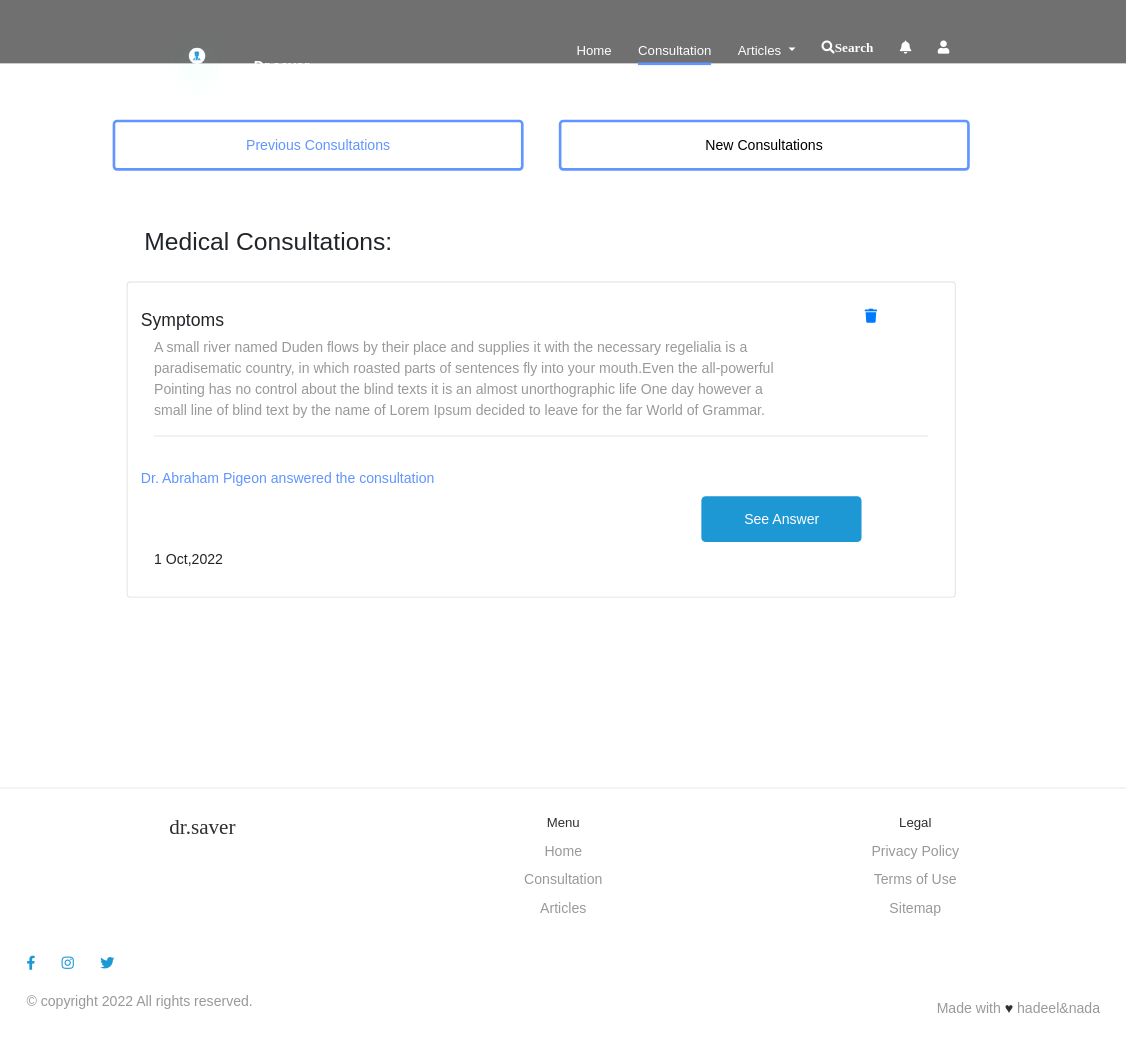
Repository: nsra/hadeel_doctor_system
Page: patient/PrivConsultation.html
These files come from the project's save history. The page is drawn as it stood at one moment and after a run of saves; the edit follows.
The browser window is 1280 px wide. The page is 1295 px wide, so the pictures cover 1295 px, including what lies to the right of the window. The pictures show the whole page, at 88% of full size.
Some web fonts or font styles are not loaded; a fallback is used. Some web libraries are served in a nearby version.

Above is the page before, as saved 2022-03-29 17:07:47.

### patient/PrivConsultation.html
<!DOCTYPE html>
<html lang="en">
<head>
    <meta charset="UTF-8">
    <meta http-equiv="content-type" content="text/html; charset=UTF-8">
    <title>DrSaver</title>
    <link rel="shortcut icon" href="../assets/img/doctor.png" type="image/x-icon">
    <link rel="stylesheet" href="https://maxcdn.bootstrapcdn.com/bootstrap/4.0.0/css/bootstrap.min.css" integrity="sha384-Gn5384xqQ1aoWXA+058RXPxPg6fy4IWvTNh0E263XmFcJlSAwiGgFAW/dAiS6JXm" crossorigin="anonymous">
    <link rel="stylesheet" href="https://pro.fontawesome.com/releases/v5.10.0/css/all.css" integrity="sha384-AYmEC3Yw5cVb3ZcuHtOA93w35dYTsvhLPVnYs9eStHfGJvOvKxVfELGroGkvsg+p" crossorigin="anonymous"/>
    <link rel="stylesheet" href="../assets/css/style.css" type="text/css">
    <link rel="preconnect" href="https://fonts.gstatic.com">
    <link href="https://fonts.googleapis.com/css2?family=Tajawal:wght@700&display=swap" rel="stylesheet">
    <meta name="viewport" content="width=device-width, initial-scale=1, shrink-to-fit=no">
</head>
<body>

    <!--header-->
    <div class="header" style=" background-color: #707070;">
         <div class="container" >
<div class="header-content">
    <div class="logo">
        <img src=" ../assets/img/l2.png"  alt="logo image" draggable="false">
        <b>Dr.saver</b>
     </div>
       <ul class="nav">
         <li><a href="#" >Home</a></li>
         <li><a href="#"class="active" >Consultation</a></li>
           <li class="nav-item dropdown">
            <a class="nav-link dropdown-toggle" href="#" id="navbarDropdown" role="button" data-toggle="dropdown" aria-haspopup="true" aria-expanded="false">
                Articles
            </a>
            <div class="dropdown-menu" aria-labelledby="navbarDropdown">
              <a class="dropdown-item" href="#">Action</a>
              <a class="dropdown-item" href="#">Another action</a>
              <div class="dropdown-divider"></div>
              <a class="dropdown-item" href="#">Something else here</a>
            </div>
          </li>
         <li><a href="#"class="icon fa fa-search fa-2x" >Search</a></li>

 <li><a href="#"class="icon fa fa-bell" >  </a></li>
          <li><a href="#"class="icon fa fa-user fa-2x" > </a></li>



     </ul>
     <div class="clear"></div>
</div>
  </div>
    </div>


    <div class="section-header">
      <div class="row but" >
     <button style="width: 40%; background-color: #fff;color: #6195ff; border: #6195ff solid;"> Previous Consultations</button>
     <button style="width: 40%; background-color: #fff; color: #000;border: #6195ff solid;margin-left: 40px;"> New Consultations</button> </div>
    </div>


   <div class="container">
                 <h3 class="blog-info">Medical Consultations:</h3>
                 <div class="card">
                    <div class="card-content"style="margin: 30px;">
                        <div class="row" >
                         <h5>Symptoms</h5>
                         <a href="" class="fa fa-trash " style="margin-left: 80%;"></a>
                        </div>

              <p class="blog-desc" style="width: 80%;">A small river named Duden flows by their place and supplies it with the necessary regelialia is a paradisematic country, in which roasted parts of sentences fly into your mouth.Even the all-powerful Pointing has no control about the blind texts it is an almost unorthographic
                   life One day however a small line of blind text by the name of Lorem Ipsum decided to leave for the far World of Grammar.</p>
                  <hr>
                   <div class="row" >
                   <a href="#" class="blog-link" style="margin-top: 20px;">Dr. Abraham Pigeon answered the consultation</a>
                   <button class="" style="margin-left:70%; width: 20%;"  > See Answer</button>

                </div>

                    <span > 1 Oct,2022</span>


              </div>
            </div>
            </div>




<div class="left-sidebar-hover"></div>


  <div class="about pd-y"></div>

    <!--footer section-->
<footer class="footer">

    <div class="footer__addr">
      <h1 class="footer__logo">Dr.saver</h1>


    </div>

    <ul class="footer__nav">
      <li class="nav__item">
        <h2 class="nav__title">Menu</h2>

        <ul class="nav__ul">
          <li>
            <a href="#">Home</a>
          </li>

          <li>
            <a href="#">Consultation</a>
          </li>

          <li>
            <a href="#">Articles</a>
          </li>
        </ul>
      </li>

      <li class="nav__item">
        <h2 class="nav__title">Legal</h2>

        <ul class="nav__ul">
          <li>
            <a href="#">Privacy Policy</a>
          </li>

          <li>
            <a href="#">Terms of Use</a>
          </li>

          <li>
            <a href="#">Sitemap</a>
          </li>
        </ul>
      </li>
    </ul>
    <div class="row">

        <div class="  col-lg-5 ">

            <div class="row float-left">
                <div class="socialItem">
                    <i class="fab fa-facebook-f"></i>
                </div>
                <div class="socialItem">
                    <i class="fab fa-instagram"></i>
                </div>
                <div class="socialItem">
                    <i class="fab fa-twitter"></i>
                </div>


            </div>
        </div>
    </div>
    <div class="legal">
      <p> &copy; copyright 2022 All rights reserved.</p>

      <div class="legal__links">
        <span>Made with <span class="heart">♥</span> hadeel&nada</span>
      </div>

    </div>
  </footer>
</body>
</html>

### assets/css/style.css
 /*common*/


.overlay{
    position:absolute;
    width:  100%;
    height: 100%;
    top: 0;
    left: 0;
    background-color: rgba(3, 3, 3, 0.7);
}
.hover-opacity{
    transition: opacity .5s;
}
.hover-opacity:hover{
opacity: 0.8;
}

/*general css*/
:root{
    --maincolor:#6195ff;
}
*{
    margin: 0;
    padding: 0;
    box-sizing: border-box;
}
ul{
    list-style: none;
}
.container{
    width: 80%;

    margin: auto;/*elment in the center*/
}
body{
    font-family: 'Varela Round', sans-serif;
}
.clear{
    clear: both;
}
h1,h2,h3,h4,h5,h6{
    font-family: montserrat,sans-serif;
}
button{
    font-family: inherit;
}
a{
    text-decoration: none;
}
.pd-y{
    padding: 100px 0;
}
.section-header{
    text-align: center;
    margin-bottom: 20px;
}
.section-header .section-title{
    font-size: 35px;
    text-transform: capitalize;
    margin-bottom: 10px;
}
.section-header .line{
display: block;
height: 5px;
width: 60px;
margin: 0 auto 70px auto;
background-color: var(--maincolor);
}

.ltr-effect,.tb-effect{
    position: relative;
}
.ltr-effect::after,.tb-effect::after{
position: absolute;
content: "";
top: 0;
right: 0;
left: 0;
bottom: 0;
background: #333;
z-index:-1 ;

}
.ltr-effect:hover::after{
width: 100%;
}
.ltr-effect::after{
    width: 0;
    transition: width 0.5s;
}
.tb-effect::after{
 height: 0;
 transition: height 0.5s;

}
.tb-effect:hover::after{
height: 100%;
}
/* header*/
.header{
    position:fixed;
    width: 100%;
    z-index: 15;
    height: 10%;
  }

 b{
     color: #ffff;

 }
.header .logo{
    width: 50%;
  float: left;
 }
.header .logo img{
    width: 120px;
    margin-left: 20px;
   }
.header .nav{
    width: 50%;
     float: left;
    list-style: none;
    text-align: right;
}
.header .nav > li{
    display: inline-block;

    text-align: right;
}
.header .nav > li > a{
    color: #fff;
    font-size: 15px;

    display: block;
    padding: 30px 15px;
}

.header .nav > li > a.active:after{
content: "";
display: block;
margin-top: 2px;
height: 3px;
background-color: #6195ff;
transition: width 0.5s;

}
.header .nav > li > a.active:after{
    width: 100%;
}

.header .nav > li > a:after{
width: 0;
}
.header .nav > li > a:hover::after{
    width: 100%;
    }
    .dropdown{
        position: relative;
    }
    .dropdown-menu{
        position: absolute;
        background: #6195ff;
        width: 150px;
        text-align: right;
        left: -50%;
        top: 70%;
        opacity: 0;
        visibility: hidden;
        transition: opacity 0.5s;
    }
    .dropdown-menu a{
        color:#fff;
        display: block;
        padding: 10px;

    }
    .dropdown:hover .dropdown-menu{
        opacity: 1;
        visibility:visible;
    }
/*Home section*/
.home{
    height: 100vh;
    background-image: url(../img/background.png);
    background-size: cover;
    position: relative;
}
.home-content{
    position: absolute;
    width: 65%;
    top: 50%;
    left: 50%;
    transform: translate(-50%,-50%);
    text-align: left;
}
.home .title{

margin: 20px 0;
color: var(--maincolor);
letter-spacing: 2px;
line-height: 1.5;
}
.home .home-desc{
    color: #fff;
    font-size: 3.5rem;
    text-transform: uppercase;
}
.home .btn{
    max-width: 150px;
    padding: 15px 0;
    border-radius: 5px;
    border: 0;
    cursor: pointer;
    font-size: 18px;
}

.home .btn-learn{
    background-color: #6195ff;
    color:#fff;

}

nav{
    font-size: 18px;
}
.navbar-light .navbar-brand{
    font-size: 32px;
 }

.navbar-light .navbar-nav .nav-link{
    color: black;
}

 #cplue{
     color:#1E97D5 ;
 }
 .bplue{
background-color: #dce0e4;
 color: #1E97D5;
 }
 .fleft{
     position: relative;
     margin-top: 11%;
    margin-right: 20%;
 }
 .fright{
     position:absolute;
     right:25%;
     top: 20%;
 }
 .pcol{
     color: rgb(189, 185, 185);
     font-size: small;
 }

/*About section*/

.about-content{
    overflow: hidden;
}
.about-item{
     width: 30%;
    float: left;
text-align: center;
border: 1px solid #e8e8e8;
padding: 50px 20px;
}

.about-item.mg{
    margin: 0 5%;
}
.about-item:hover .about-item-title{
    color: #fff;
}
.about-item .icon{
    color: #6195ff;
    margin-bottom: 10px;
}
.about-item-title{
    text-transform: capitalize;
    margin-bottom: 10px;
    transition: color 0.5s;
}
.about-item-desc{
    line-height: 1.6;
    margin-bottom: 10px;
    color:#999 ;
}
.about-item-link{
color: #6195ff;
text-transform: capitalize;
}

/*number section*/
.numbers{
    position: relative;
    background-image: url(../img/background.png);
    background-size: cover;
    background-attachment: fixed;
    height: 300px;
}
.numbers-item{
    overflow: hidden;

}
.number-item{
width: 25%;
float: left;
text-align: center;
}
.number-item .icon{
    color: #6195ff;
    margin-bottom: 15px;
}
.number-item-title{
    font-weight: bold;
    font-size: 30px;
    color: #fff;

}
.number-item-text{
    color: #fff;
}

/*Blog page*/
.blog{
    background: #f9f9f9;
}

.blog-content{
    overflow: hidden;
}
.blog-item{
    width: 30%;
    float: left;
    background: #fff;
}
.blog-item-img img{
width: 100%;
}

.blog-info{
    padding: 20px;
}

.blog-list{
    list-style: none;
    margin: 20px 0;
}
.blog-list li{
    display: inline-block;
    margin: 0 5px;
}

.blog-list li i{
    color: #6195ff;
}
.blog-title{
    font-weight: bold;
    margin: 20px 0;
}
.blog-desc{
    color: #999;
    margin-bottom: 10px;
    line-height: 1.5;
 }
.blog-link{
    color: #6195ff;
}
.blog-item.mg{
    margin: 0 5%;
}

/*contact section*/

/*footer section*/
.footer{
    background: #1c1d23;
    text-align: center;
    padding: 60px 0;
}
.footer-links{
    list-style: none;
    margin: 20px 0;
}
.footer-links li{
    display: inline-block;

}
.footer-links li a{
    display: block;
    width: 50px;
    height: 50px;
    background: #6195ff;
    color: #fff;
    margin: 0 5px;
    border-radius: 50%;
}
.footer-links li a i{
    line-height: 50px;
}

.footer .copyright{
    color: #999;
    font-size: 15px;
    text-transform: uppercase;
}

 /********login******/


  /* Full-width inputs */
  input[type=text], input[type=password] ,input[type=email],input[type=number],input[type=date],input[type=submit]{
    width: 100%;
    padding: 12px 20px;
    margin: 10px 0 ;

    display:flex;
    border: none;
    border-bottom: 1px solid #ccc;

  }

  /* Set a style for all buttons */
  button {
    background-color: #1E97D5;
    color: white;
    padding: 14px 20px;
    margin: 8px 0;
    border: none;
    cursor: pointer;
    width: 40%;

    border-radius: 5px;
  }
  .but{
    padding-top: 10%;
  margin-left: 10%;

    align-items: center;
  }
  /* Add a hover effect for buttons */
  button:hover {
    opacity: 0.8;
  }



  /* Add padding to containers */
  .container {
    padding: 16px;

  }

  .psw{
      margin-left: 60px;
  }
  .signbtn{
      color: #000;
      background-color: #fff;
      border: 1px solid #1E97D5;
  }
  .signbtn:hover{
    background-color: #1E97D5;
    opacity: 0.8;
  }
  .fname{
    position: relative;
  margin-right: 10%;
  }
  .lname {
    position: absolute;
    top: 20%;
    left: 50%;
  }

  /* Change styles for span and cancel button on extra small screens */
  @media screen and (max-width: 300px) {
    span.psw {
      display: block;
      float: none;
    }
    .cancelbtn {
      width: 100%;
    }
  }

.rate{
    margin: 10px;
    float: left;
    background: #eeeeee;
    border-radius: 30px;
}
.rate i{
    color: #ffdb00;
}

.footer {
    display: flex;
    flex-flow: row wrap;
    padding: 30px 30px 20px 30px;
    color: #2f2f2f;
    background-color: #fff;
    border-top: 1px solid #e5e5e5;
  }

  .footer > * {
    flex:  1 100%;
  }

  .footer__addr {
    margin-right: 1.25em;
    margin-bottom: 2em;
  }

  .footer__logo {
    font-family: 'Pacifico', cursive;
    font-weight: 400;
    text-transform: lowercase;
    font-size: 1.5rem;
  }

  .footer__addr h2 {
    margin-top: 1.3em;
    font-size: 15px;
    font-weight: 400;
  }

  .nav__title {
    font-weight: 400;
    font-size: 15px;
  }

  .footer address {
    font-style: normal;
    color: #999;
  }

  .footer__btn {
    display: flex;
    align-items: center;
    justify-content: center;
    height: 36px;
    max-width: max-content;
    background-color: rgb(33, 33, 33, 0.07);
    border-radius: 100px;
    color: #2f2f2f;
    line-height: 0;
    margin: 0.6em 0;
    font-size: 1rem;
    padding: 0 1.3em;
  }

  .footer ul {
    list-style: none;
    padding-left: 0;
  }

  .footer li {
    line-height: 2em;
  }

  .footer a {
    text-decoration: none;
  }

  .footer__nav {
    display: flex;
      flex-flow: row wrap;
  }

  .footer__nav > * {
    flex: 1 50%;
    margin-right: 1.25em;
  }

  .nav__ul a {
    color: #999;
  }

  .nav__ul--extra {
    column-count: 2;
    column-gap: 1.25em;
  }

  .legal {
    display: flex;
    flex-wrap: wrap;
    color: #999;
  }

  .legal__links {
    display: flex;
    align-items: center;
  }

.social{
    padding-top: 50px;
    margin-left: 700px;

}
.socialItem{
   color: #1E97D5;
    border-radius: 50%;
    line-height: 2;
    margin: 15px;
}
.socialItem:hover{
    background: #6db4e4;
    border:  2px white;

}
  .heart {
    color: #2f2f2f;
  }

  @media screen and (min-width: 24.375em) {
    .legal .legal__links {
      margin-left: auto;
    }
  }

  @media screen and (min-width: 40.375em) {
    .footer__nav > * {
      flex: 1;
    }

    .nav__item--extra {
      flex-grow: 2;
    }

    .footer__addr {
      flex: 1 0px;
    }

    .footer__nav {
      flex: 2 0px;
    }
  }
/******** about page ***********/
.heroSection img{
    border-radius: 30px;
}
/******** Pprofile page ***********/

.sidebar {
  margin: 0;
  margin-left: 10%;
  padding: 0;
  width: 30%;
  text-align: center;
  position: absolute;
  height: 100%;
  overflow: auto;

}
 .sidebar a {
  display: block;
  color: black;
  padding: 16px;
  text-decoration: none;
}

@media screen and (max-width: 700px) {
  .sidebar {
    width: 100%;
    height: auto;
    position: relative;
  }
  .sidebar a {float: left;}
  div.content {margin-left: 0;}
}

@media screen and (max-width: 400px) {
  .sidebar a {
    text-align: center;
    float: none;
  }
}


.card{
  width: 95%;
 }

.update{

border: none;
margin-left: 100px;
color: white;
padding: 15px 32px;
text-align: center;
text-decoration: none;
display: inline-block;
font-size: 16px;
}

 ul{
  list-style-type: none;
 }

 input,select{
  height: 30px;
  border:none;
  border-bottom: 1px solid gray;
  outline: none;
 width: 100%;

}
.staryel{
     color: yellow;
 }
form{
display: flex;

width: 100%;
height: 90%;
margin-top:20px;
padding:30px;
display: flex;

flex-direction: column;
justify-content: space-around;
border-radius: 5px;

}

After the next 5 saves:
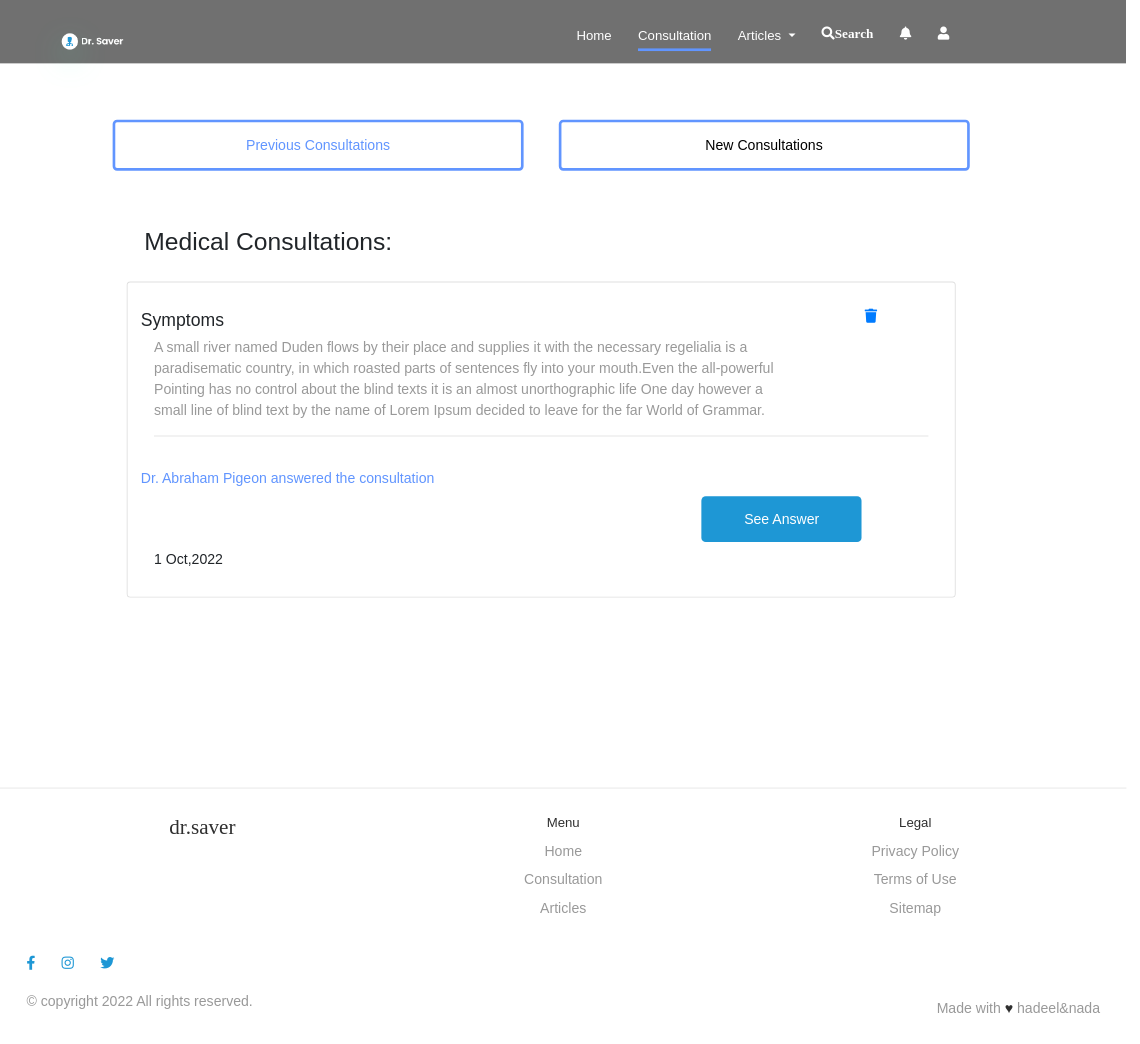
The 5 saves are shown as one change because they came seconds apart.
The last was saved 20 s later.
--- a/patient/PrivConsultation.html
+++ b/patient/PrivConsultation.html
@@ -16,11 +16,11 @@
 
     <!--header-->
     <div class="header" style=" background-color: #707070;">
-         <div class="container" >
+
 <div class="header-content">
     <div class="logo">
-        <img src=" ../assets/img/l2.png"  alt="logo image" draggable="false">
-        <b>Dr.saver</b>
+        <img src=" ../assets/img/DrSaver.png"  alt="logo image" draggable="false">
+
      </div>
        <ul class="nav">
          <li><a href="#" >Home</a></li>
@@ -47,7 +47,7 @@
      <div class="clear"></div>
 </div>
   </div>
-    </div>
+
 
 
     <div class="section-header">
